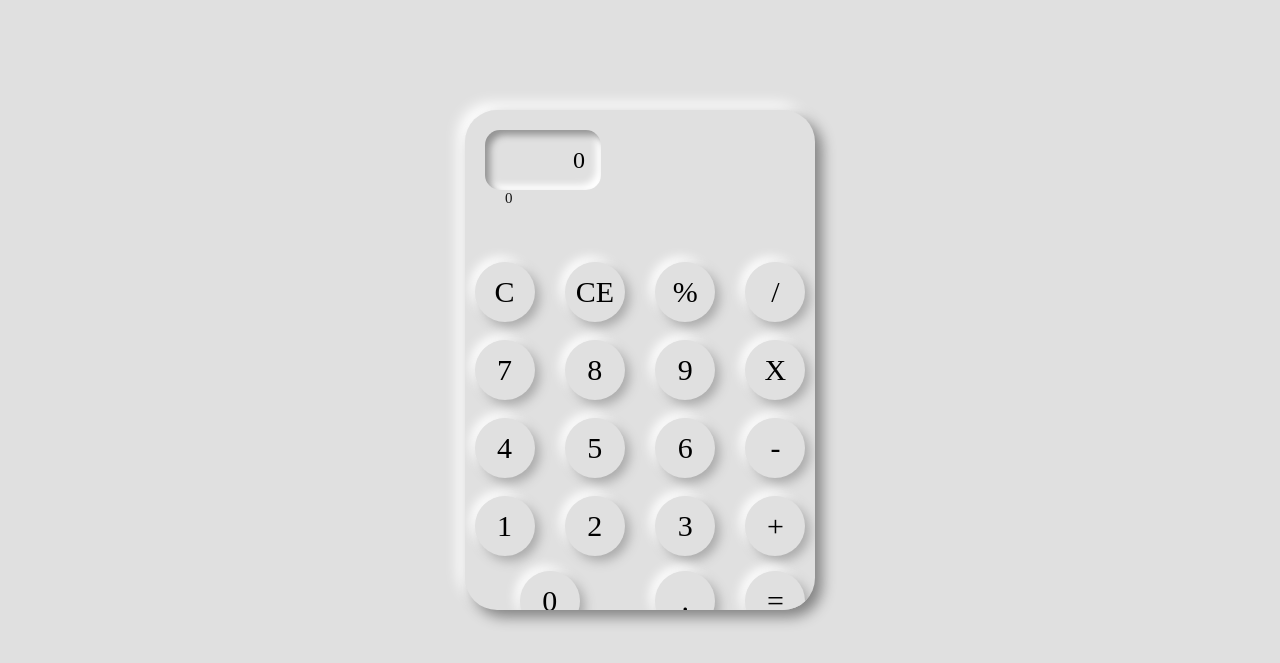
Repository: Goldmyn/Calculator
Page: index.html
These files come from the project's save history. The page is drawn as it stood at one moment and after a run of saves; the edit follows.
The browser window is 1280 px wide. The pictures show the whole page.

Above is the page before, as saved 2022-09-28 02:27:54.

### index.html
<!DOCTYPE html>
<html lang="en">
<head>
    <meta charset="UTF-8">
    <meta http-equiv="X-UA-Compatible" content="IE=edge">
    <meta name="viewport" content="width=device-width, initial-scale=1.0">
    <title>Calculator</title>
    <link rel="stylesheet" href="index.css">
</head>
<body>
    <header>

    </header>

    <section>
        <div class="container">
            <div class="calculator">
                <div class="display">
                    <div class="display_a">0</div>
                    <div class="border"> <div class="display-2">0</div> </div>
                </div>
                <div class="all_buttons">
                    <div class="button all_clear">C</div>
                    <div class="button last_entity_clear">CE</div>
                    <div class="button operation">%</div>
                    <div class="button operation">/</div>
                    <div class="button number">7</div>
                    <div class="button number">8</div>
                    <div class="button number">9</div>
                    <div class="button operation">X</div>
                    <div class="button number">4</div>
                    <div class="button number">5</div>
                    <div class="button number">6</div>
                    <div class="button operation">-</div>
                    <div class="button number">1</div>
                    <div class="button number">2</div>
                    <div class="button number">3</div>
                    <div class="button operation">+</div>
                    <div class="button btn-0 number">0</div>
                    <div class="button number dot">.</div>
                    <div class="button equal">=</div>
                </div>
            </div>
        </div>
    </section>
</body>
</html>

### index.css
* {
    padding: 0;
    margin: 0;
    box-sizing: ;
}
html {
    font-family: 'Gill Sans', 'Gill Sans MT', Calibri, 'Trebuchet MS', sans-serif';
}

section {
    background-color: #e0e0e0;
    min-height: 100vh;
    width: 100%;
    display: flex;
    align-items: center;
    justify-content: center;
}

.container {
    background-color: #e0e0e0;
    width: 90%;
    height: 500px;
    max-width: 350px;
    border-radius: 32px;
    background: #e0e0e0;
    box-shadow: 7px 7px 14px #828282, -7px -7px 14px #ffffff;
    overflow: hidden;
}

.display {
    height: 100px;
    width: 100px;
    text-align: right;
    padding: 20px;
    font-size: 30px;
    position: relative;
}

.display_a  {
    opacity: 0.9;
    font-size: 15px;
    height: 20px;
    overflow: hidden;
    position: absolute;
    bottom: 40px;
    left: 40px;
}

.border {
    background-color: aqua;
    height: 60px;
    width: 100%;
    padding-right: 1rem;
    display: flex;
    align-items: center;
    justify-content: flex-end;
    border-radius: 15px;
    background: #e0e0e0;
    font-size: 24px;
    box-shadow: inset 5px 5px 7px #949494 , inset -5px -5px 7px #ffffff;
}

.all_buttons {
    color: rgb(0, 0, 0);
    display: grid;
    grid-template:
        repeat(4, minmax(67px, 1fr))
        / repeat(4, minmax(50px, 1fr));
    gap: 0.7rem;
    transform: translateY(0.5rem);
    place-items: center;
}

.button {
    display: inline-block;
    height: 60px;
    width: 60px;
    display: flex;
    align-items: center;
    justify-content: center;
    font-size: 30px;
    cursor: pointer;
    border-radius: 100px;
    background: #e0e0e0;
    box-shadow: 5px 5px 11px #aaaaaa ,  -5px -5px 11px #ffffff;
}

.button:hover {
    background-color: rgb(30, 43, 46);
    color: white;
}

.btn-0 {
    grid-column: 1/3;
}

After the next 3 saves:
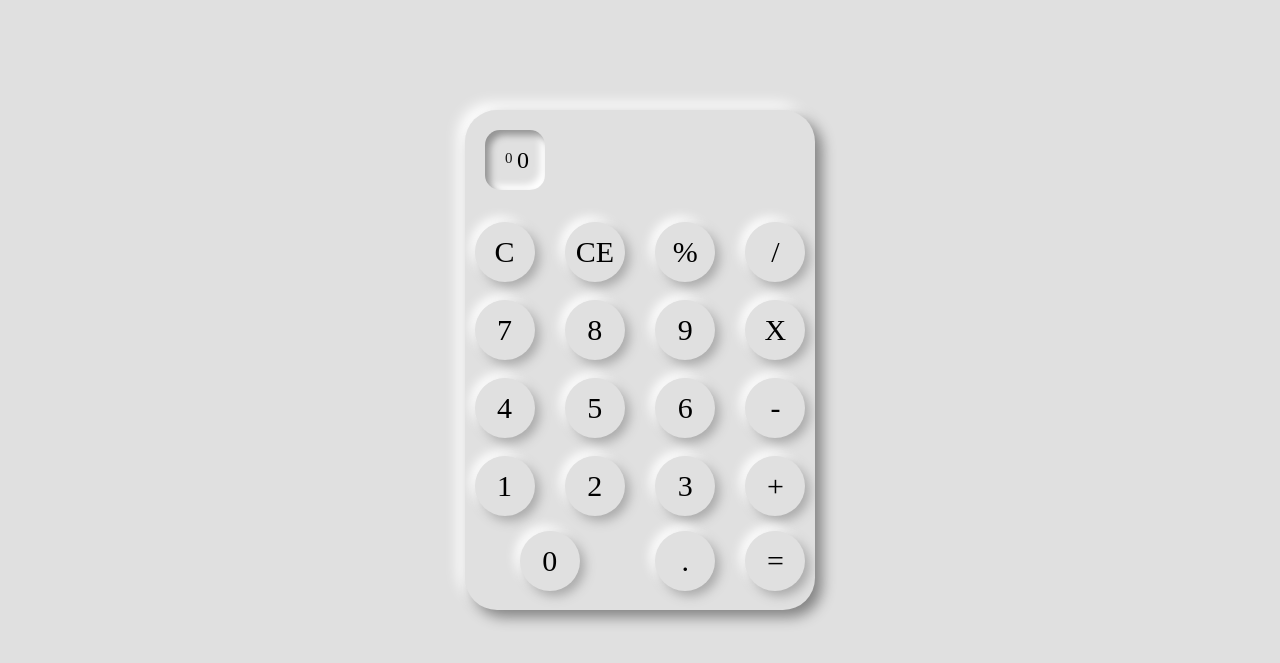
The 3 saves are shown as one change because they came seconds apart.
The last was saved 6 s later.
--- a/index.css
+++ b/index.css
@@ -1,7 +1,7 @@
 * {
     padding: 0;
     margin: 0;
-    box-sizing: ;
+    box-sizing: border-box;
 }
 html {
     font-family: 'Gill Sans', 'Gill Sans MT', Calibri, 'Trebuchet MS', sans-serif';
